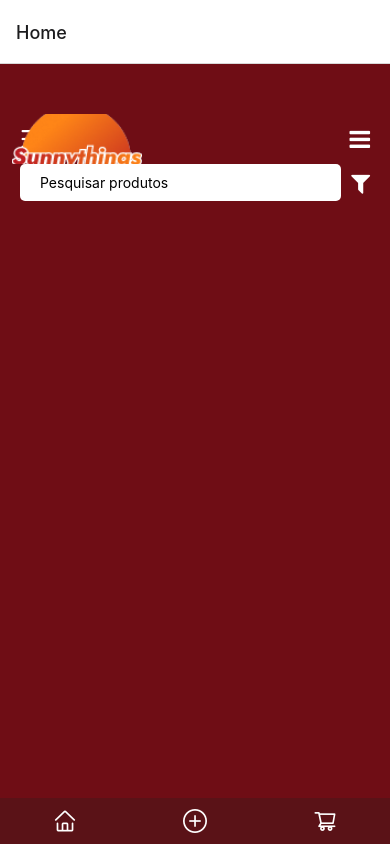
Repository: Luizzzin/SuperMercado
Screen: / (app in suny/)
These files come from the project's save history. The screen is drawn as it stood at one moment and after the next save; the edit follows.
The app was drawn by React Native's web renderer in a window 390 px wide. The project was rebuilt for these pictures with package versions that can differ from the ones it lists, and the page was loaded fresh each time.

Above is the screen before, as saved 2024-05-09 11:22:07.

After the next save:
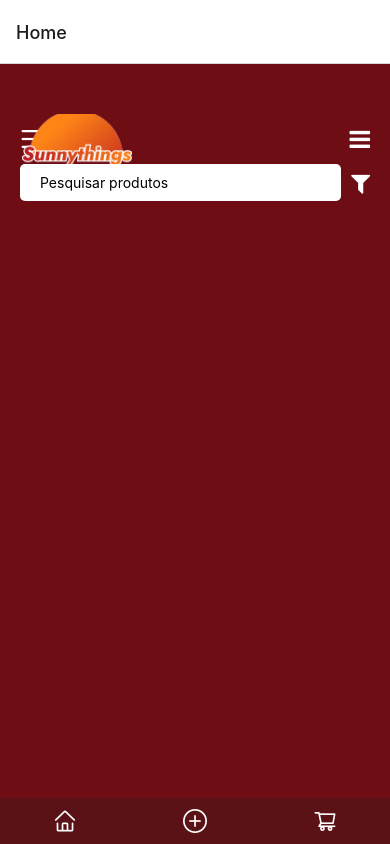
Saved 41 s later.
--- a/suny/HomeScreen.js
+++ b/suny/HomeScreen.js
@@ -66,7 +66,7 @@
     paddingTop: 50,
   },
   logo: {
-    width: 130,
+    width: 110,
     height: 50,
     right: 120,
   },
